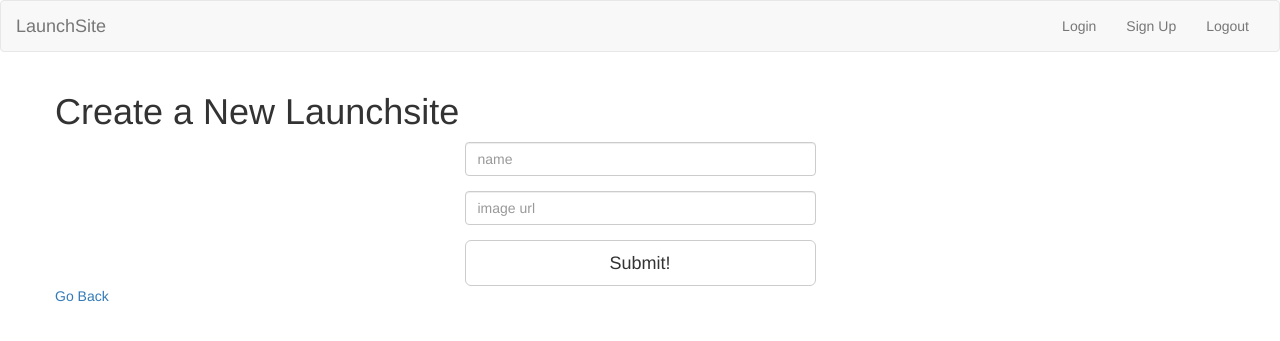
Repository: Oscar6/Udemy-workspace
Page: http://localhost/launchsite/new
The author's editor kept a record of every edit. The page is drawn from the files as they stood at one moment, then again after the next edit.
The browser window is 1280 px wide. The pictures show the whole page.
The page is served by the project's Node server (YelpCamp/v1/app.js).

Above is the page before.

### YelpCamp/v1/views/new.ejs
<% include partials/header %>
<div class="container">
    <div class="row">
        <h1>Create a New Launchsite</h1>
        <div style="width: 30%; margin: 0 auto;"
        <form action="/launchsite" method="POST">
            <div class="form-group">
                <input class="form-control" type="text" name="name" placeholder="name">
            </div>
            <div class="form-group">
                <input class="form-control" type="text" name="image" placeholder="image url">
            </div>
            <div class="form-group">

            </div>


            <button class="btn btn-lg btn-default btn-block">Submit!</button>
        </form>
        </div>

        <a href="/launchsite">Go Back</a>
    </div>
</div>
<% include partials/footer %>

### YelpCamp/v1/views/partials/header.ejs
<!DOCTYPE html>
<html>
    <head>
        <title>YelpCamp</title>
        <link rel="stylesheet" href="https://maxcdn.bootstrapcdn.com/bootstrap/3.3.5/css/bootstrap.min.css">
    </head>
    <body>
       <nav class="navbar navbar-default">
          <div class="container-fluid">
             <div class="navbar-header">
                <a class="navbar-brand" href="/">LaunchSite</a>
             </div>
             <div class="collapse navbar-collapse">
                <ul class="nav navbar-nav navbar-right">
                   <li><a href="/">Login</a></li>
                   <li><a href="/">Sign Up</a></li>
                   <li><a href="/">Logout</a></li>
                </ul>
             </div>
          </div>
       </nav>

### YelpCamp/v1/app.js
var express = require("express");
var app = express();
var bodyParser = require("body-parser");

app.use(bodyParser.urlencoded({extended: true}));
app.set("view engine", "ejs");

var launchsite = [
        {name: "NASA", image: "https://www.nasa.gov/sites/all/themes/custom/nasatwo/images/nasa-logo.svg"},
        {name: "SpaceX", image: "https://botw-pd.s3.amazonaws.com/styles/logo-thumbnail/s3/042015/spacerx-logo_0.png?itok=SshEXNNF"},
        {name: "Tesla", image: "https://electrek.files.wordpress.com/2016/06/tesla-model-x-promo-shot-3-2.jpg?quality=82&strip=all&w=290&h=145&crop=1"},
    ];

app.get("/", function(req, res){
    res.render("landing");
});

app.get("/launchsite", function(req, res){
    res.render("launchsite", {launchsite: launchsite});
});

app.post("/launchsite", function(req, res){
    // get data from form and add to launchsite array
    var name = req.body.name;
    var image = req.body.image;
    var newLaunchsite = {name: name, image: image}
    launchsite.push(newLaunchsite);
    // redirect back to launchsite page
    res.redirect("/launchsite");
});

app.get("/launchsite/new", function(req,res){
    res.render("new.ejs");
});

app.listen(process.env.PORT, process.env.IP, function(){
    console.log("YelpCamp is running");
});

Loaded but not shown: YelpCamp/v1/views/partials/footer.ejs (common file)

After the next edit:
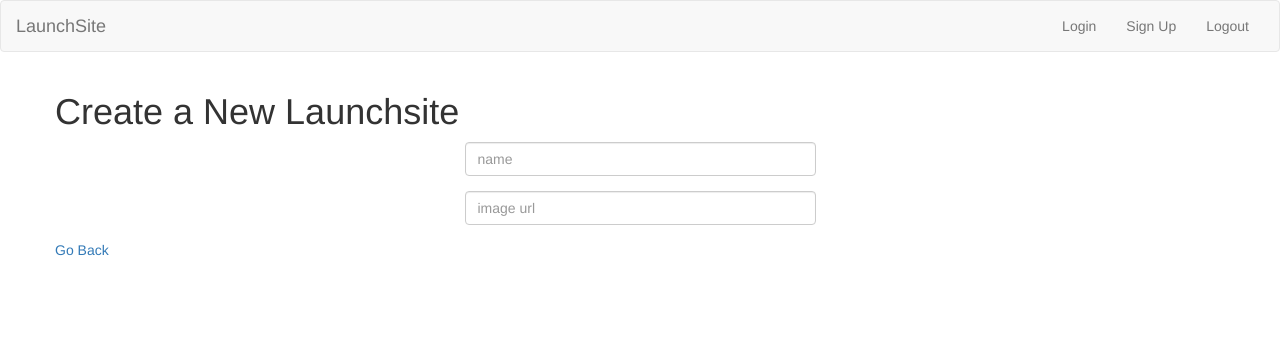
The edit:
--- a/YelpCamp/v1/views/new.ejs
+++ b/YelpCamp/v1/views/new.ejs
@@ -15,7 +15,7 @@
             </div>
 
 
-            <button class="btn btn-lg btn-default btn-block">Submit!</button>
+
         </form>
         </div>
 
